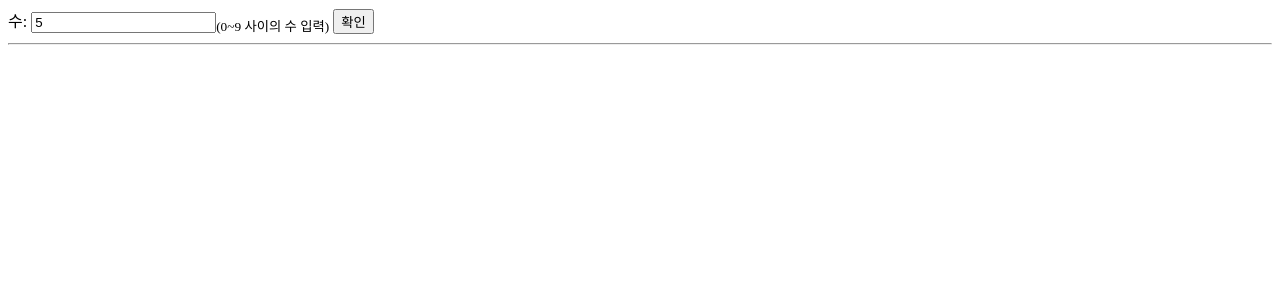
Repository: Jin0207/javaScript
Page: day0103/src/main/webapp/digitToKor02.html
An editor plug-in stored every save of this project. The page is shown before and after the next save, followed by the edit.
The browser window is 1280 px wide. The pictures show the whole page.
Empty fields were first filled with sample values (such as "Sample", 5 or name@example.com).
After loading, the first visible `button` was clicked once.

Above is the page before, as saved 2022-01-03 06:31:17.
Console error: SyntaxError: Unexpected identifier 'arr'

After the next save:
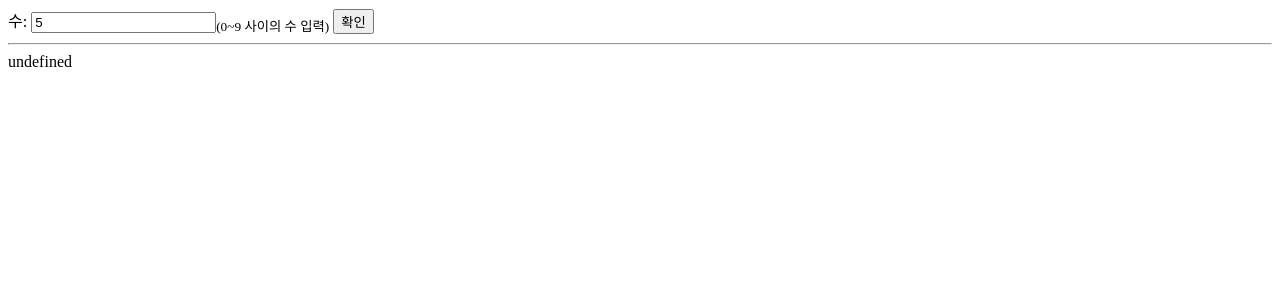
The error is gone.
Saved 9 s later.
--- a/day0103/src/main/webapp/digitToKor02.html
+++ b/day0103/src/main/webapp/digitToKor02.html
@@ -5,7 +5,7 @@
 <title>Insert title here</title>
 <script type="text/javascript">
 	function chgKor(){
-		cont arr = ["영", "일", "이", "삼", "사", "오", "육", "칠", "팔", "구", ];
+		const arr = ["영", "일", "이", "삼", "사", "오", "육", "칠", "팔", "구", ];
 		const num = Number(document.getElementById("num").value);
 		console.log(num);
 		let result;
